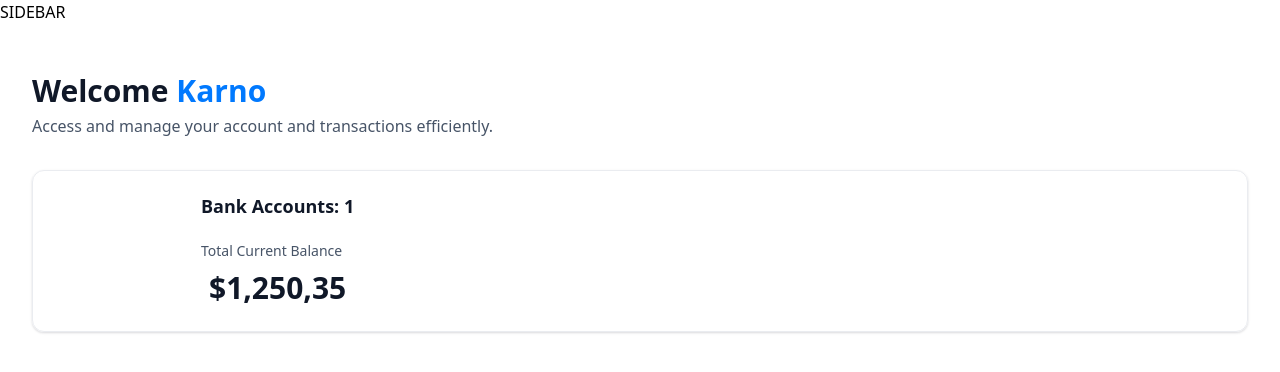
Repository: KarnoSarker/Banking
Page: /
The author's editor kept a copy of each file at every save. The page is drawn from the files as they stood at one save, then again after the next save.
The browser window is 1280 px wide. The pictures show the whole page.
The project was rebuilt for these pictures with package versions that can differ from the ones it lists, and the page was loaded fresh each time. The framework's server and built-in components were replaced by stand-ins that run in the browser. Also part of the build but not shown: next.config.mjs.

Above is the page before, as saved 2024-05-14 13:54:36.

After the next save:
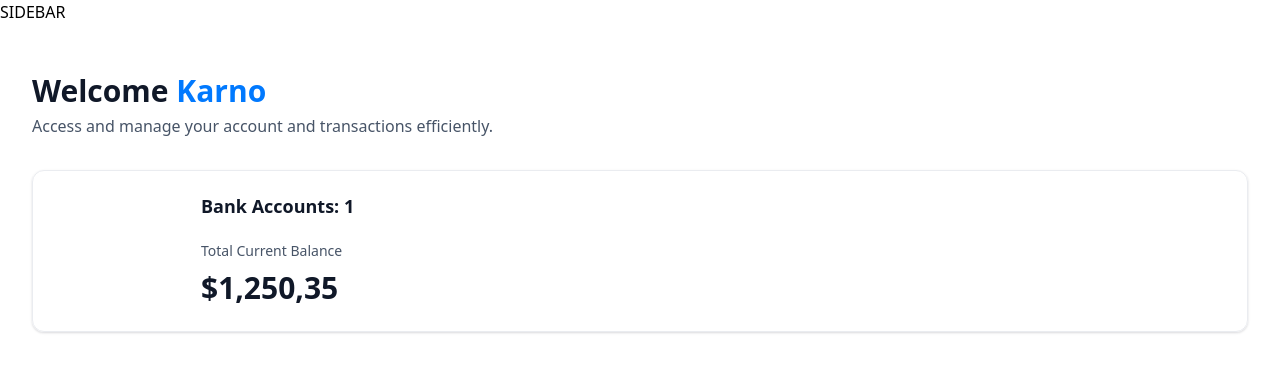
Saved 31 s later.
--- a/components/AnimatedCounter.tsx
+++ b/components/AnimatedCounter.tsx
@@ -3,7 +3,7 @@ import CountUp from 'react-countup';
 
 const AnimatedCounter = ({ amount }: { amount: number }) => {
   return (
-    <div>
+    <div className='w-full'>
       <CountUp
         duration={2.75}
         decimals={2}
